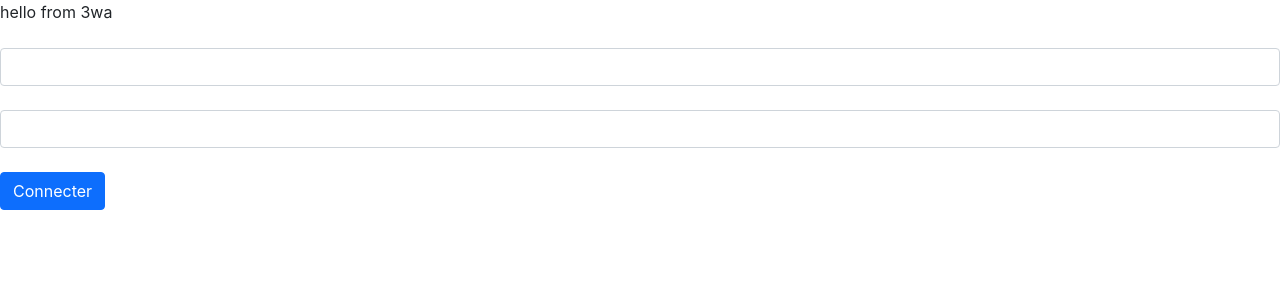
Repository: FS-23/react-task-manager
Page: /login
These files come from the project's save history. The page is drawn as it stood at one moment and after the next save; the edit follows.
The browser window is 1280 px wide. The pictures show the whole page.
The project was rebuilt for these pictures with package versions that can differ from the ones it lists, and the page was loaded fresh each time.

Above is the page before, as saved 2022-04-28 12:57:18.

After the next save:
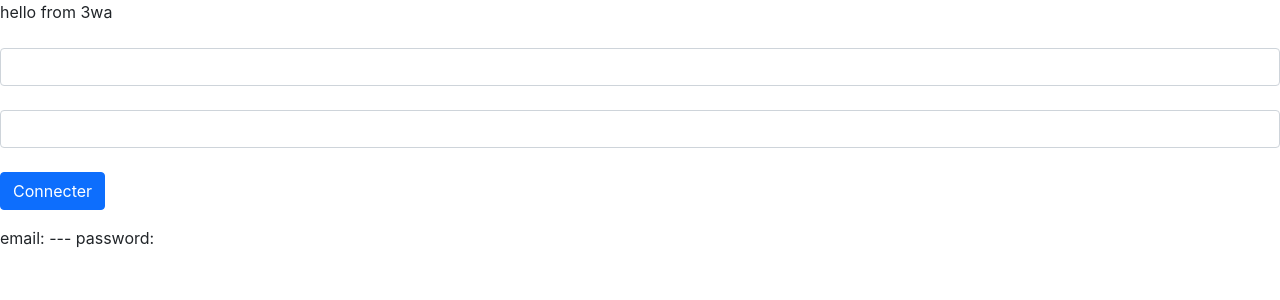
Saved 9 min 2 s later.
--- a/src/components/Login.js
+++ b/src/components/Login.js
@@ -1,15 +1,28 @@
+import { useState } from 'react'
 function Login(){
+    let [email , setEmail]= useState('')
+    let [password , setPassword]= useState('')
+
+    function handleEmailChange(event){
+            setEmail(event.target.value)
+    }
      return(
+
          <>
              <div>
                  <form>
                      <div className="mt-4">
-                        <input className="form-control"/>
+                        <input className="form-control" onChange={handleEmailChange}/>
                      </div>
                      <div className="mt-4">
                        <input className="form-control"/>
                      </div>
                      <button className="btn btn-primary mt-4">Connecter</button>
+
+                     <div className='mt-3'>
+                            email: {email} ---
+                            password: {password}
+                     </div>
                  </form>
              </div>
          </>
